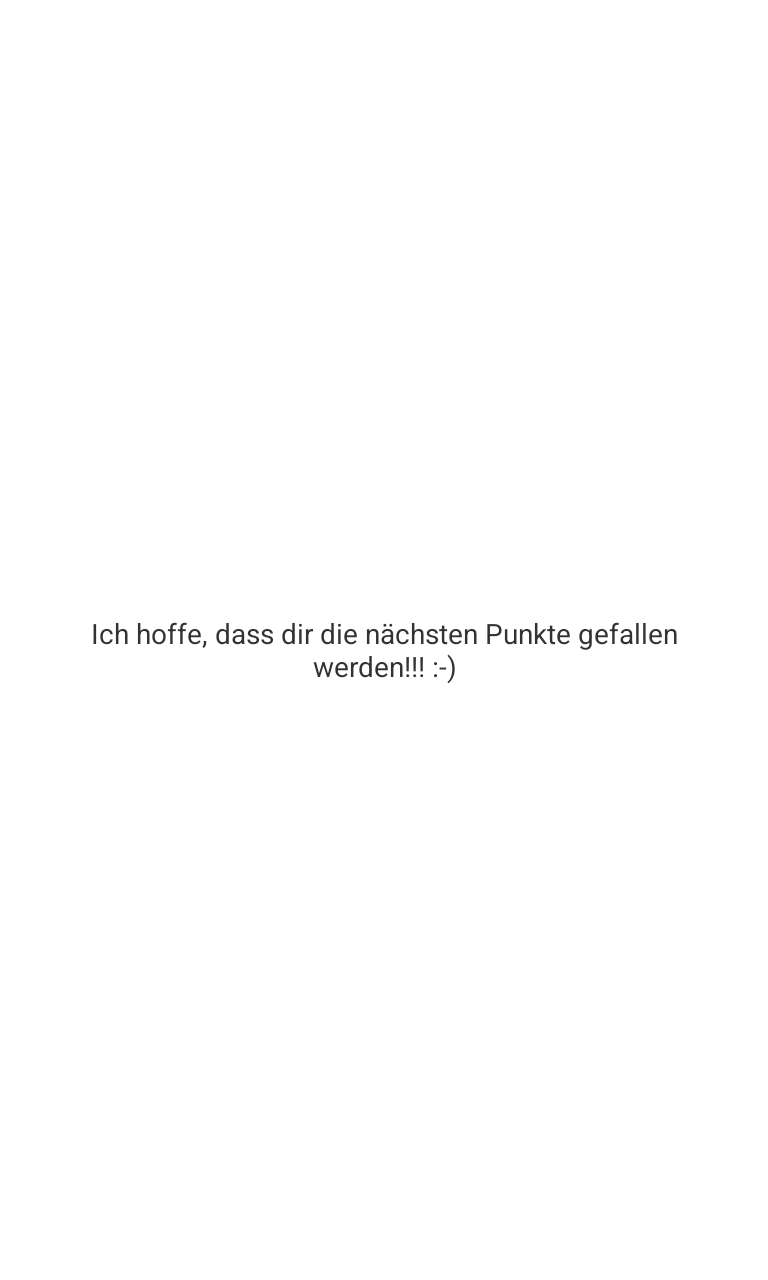
Repository: flashback2k12/ChristmasPresent
Layout: ChristmasPresent/res/layout/popup_first_coupon.xml
An editor plug-in stored every save of this project. The layout is shown before and after the next save, followed by the edit.
It is drawn on a 768 x 1280 px phone screen (xhdpi) without system bars, with theme AppTheme; the app's code is not run.

Above is the layout before, as saved 2012-12-18 18:03:52.

After the next save:
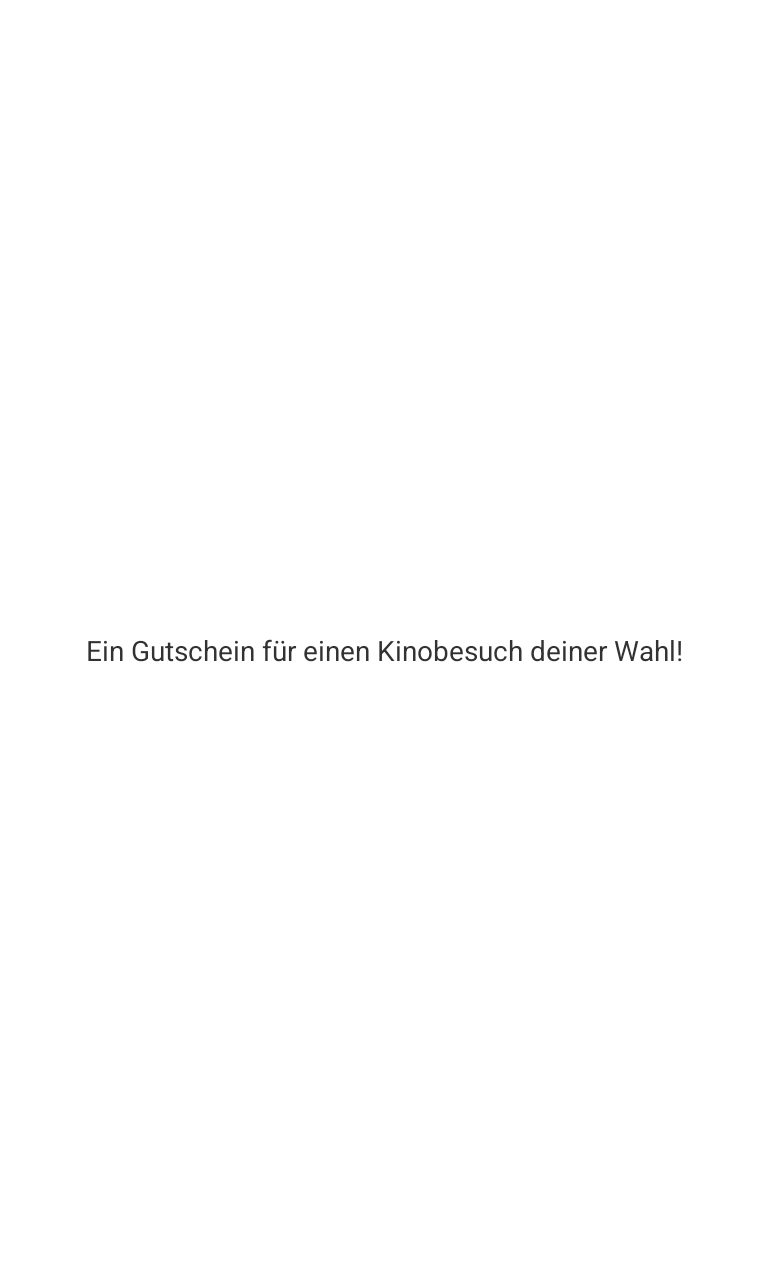
Saved 8 s later.
--- a/ChristmasPresent/res/layout/popup_first_coupon.xml
+++ b/ChristmasPresent/res/layout/popup_first_coupon.xml
@@ -12,6 +12,6 @@
         android:layout_marginRight="20dp"
         android:layout_marginTop="10dip"
         android:gravity="center"
-        android:text="@string/hello_schatz_z2" />
+        android:text="@string/gutschein1" />
 
 </LinearLayout>
